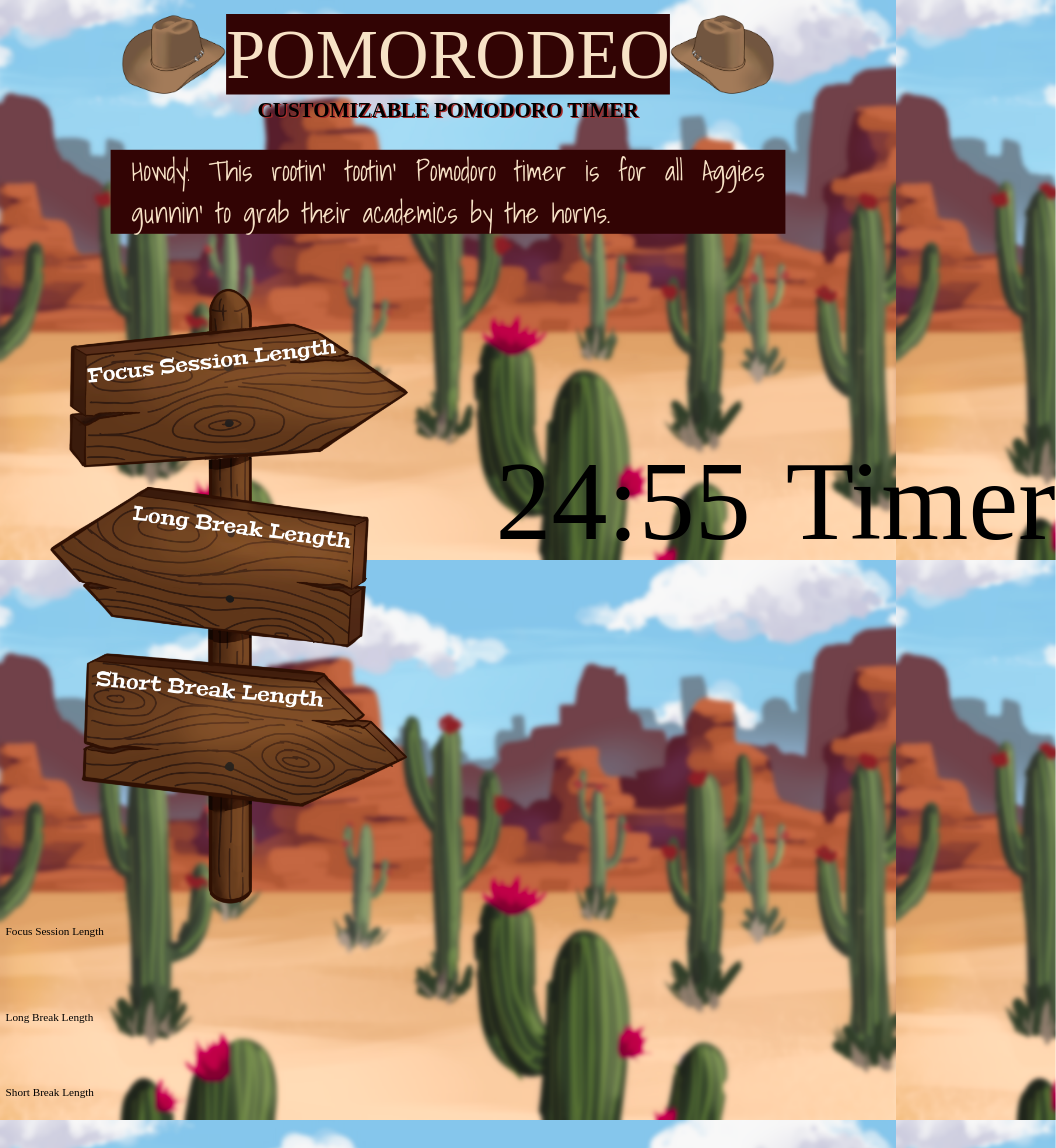
Repository: riya10483/pomodoro
Page: pomorodeo.html
An editor plug-in stored every save of this project. The page is shown before and after the next save, followed by the edit.
The browser window is 1280 px wide. The page is 1508 px wide, then 1280 px, so the pictures cover 1508 px, including what lies to the right of the window. The pictures show the part of the page from y = 0 to 1640 px (the page is 2160 px tall before and 2415 px after), at 70% of full size.
Backgrounds fixed to the window are drawn as part of the page. Some web fonts or font styles are not loaded; a fallback is used.

Above is the page before, as saved 2024-09-29 04:42:30.
Console error: SyntaxError: Identifier 'startTiming' has already been declared

### pomorodeo.html
<!DOCTYPE html>
<html lang="en">

<head>
    <meta charset="UTF-8">
    <style>
        @import url('https://fonts.googleapis.com/css2?family=Rye&display=swap');
    </style>
    <style>
        @import url('https://fonts.googleapis.com/css2?family=Shadows+Into+Light&display=swap');
    </style>
    <style>
        @import url('https://fonts.googleapis.com/css2?family=Peralta&family=Rye&display=swap');
    </style>
    <link id="style" rel="stylesheet" href="pomorodeo.css">
    <meta name="viewport" content="width=device-width, initial-scale=1.0">
    <title>Pomorodeo</title>
</head>


<body>
    <div class="header">
        <img src="cowboyhat.png" id="cowboy-hat" alt="Cowboy Hat" width="150px">
        <h1 class="title">POMORODEO</h1>
        <img src="cowboyhat.png" id="cowboy-hat-2" alt="Cowboy Hat" width="150px">
    </div>

    <h2 class="heading">CUSTOMIZABLE POMODORO TIMER</h2>
    <p class="paragraph">Howdy! This rootin' tootin' Pomodoro timer is for all
        Aggies gunnin' to grab their academics by the horns.
    </p>

    <div class="image-and-text">
        <img src="wood.png" id="wooden-sign" alt="Wild West Sign" width="650px">
        <p id="timer">Time</p>
        <p id="timer" class="timer_border">Timer</p>
    </div>

    <div class="sign-labels">
        <p class="focus-session">Focus Session Length<br><br><br><br><br><br></p>
        <p class="long-break">Long Break Length<br><br><br><br><br></p>
        <p class="short-break">Short Break Length</p>
    </div>

<div id="todo">TO-DO LIST</div>
    <ul id="checklist">
        <li><input type="checkbox" id="item1"><label for="item1">Win hackathon</label></li>
        <li><input type="checkbox" id="item2"><label for="item2">Be awesome</label></li>
        <li><input type="checkbox" id="item3"><label for="item3">Add more items to the list</label></li>
    </ul>

    <input type="text" id="newItemText" placeholder="Enter new item">
    <button onclick="addItem()">Add Item</button>

    <script src="functions.js"></script>

</body>
<script src="functions.js"></script>


</html>

### pomorodeo.css
/* {
    background-color:burlywood;
    border: 0px;
    margin: 0px;
    font-family: "Shadows Into Light";
    font-size: 30px;
}*/
#todo {
    color:rgb(247, 226, 198);
    padding: 10px;
    background-color:rgb(50, 4, 4);
    text-align: center;
    font-family: Rye;
    font-size: 70px;
    border: 0px;
    margin: 200px 0px 10px;
}

li {
    font-size: 30px;
    font-family: "Shadows Into Light";
    list-style: none;
}

input {
    width: 30px;
    height: 30px;
    margin: 15px 30px;
}

/* Hide the default checkbox */
input[type="checkbox"] {
    display: none;
}

/* Create a custom checkbox appearance */
input[type="checkbox"] + label:before {
    content: '';
    display: inline-block;
    width: 20px;
    height: 20px;
    margin-right: 10px;
    border: 2px solid #000;
    border-radius: 3px;
    background-color: white;
    vertical-align: middle;
}

/* Change appearance when checkbox is checked */
input[type="checkbox"]:checked + label:before {
    background-color: rgb(50, 4, 4);
    border-color: rgb(50, 4, 4);
    content: '✓';
    color: rgb(247, 226, 198);
    text-align: center;
    font-size: 18px;
    line-height: 20px;
}

/* Strike-through on label text when checkbox is checked */
input[type="checkbox"]:checked + label {
    text-decoration: line-through;
    color: rgb(176, 141, 94);
}

#newItemText {
    width: 50%;
    font-size: 20px;
    margin-left: 75px;
    color: rgb(50, 4, 4);
}

button {
    background-color: rgb(50, 4, 4);
    color: rgb(247, 226, 198);
    padding: 10px 20px;
    border-radius: 8px;
    font-size: 20px;
    margin: 30px;
}

.header {
    display: flex;
    align-items: center;
    justify-content: center;
    margin-top: 20px;

}

#cowboy-hat {
    -webkit-transform: scaleX(-1);
    -moz-transform: scaleX(-1);
    -o-transform: scaleX(-1);
    transform: scaleX(-1);
}

.title {
    font-family: "Rye", serif;
    font-size: 100px;
    font-weight: 400;
    font-style: normal;
    text-align: center;
    padding-top: 0;
    padding-bottom: 0px;
    margin-top: 0px;
    margin-bottom: 0px;
    background-color:rgb(50, 4, 4);
    color: rgb(247, 226, 198);
}

.heading {
    font-family: "Peralta", serif;
    font-size: 30px;
    margin-top: 5px;
    text-align: center;
    text-shadow: 2px 2px brown;
}

.paragraph {
    font-family: "Shadows Into Light", serif;
    font-size: 40px;
    text-align: justify;
    color:rgb(247, 226, 198);
    padding-left: 30px;
    padding-right: 30px;
    line-height: 1.5;
    background-color: rgb(50, 4, 4);
    margin-left: 150px;
    margin-right: 150px;
}

.timer_border{
  width: 320px;
  height: 50px;
  /*padding: 10px;*/
  /*border: 5px solid gray;*/
  margin: 0;
}

#timerTitle{
    font-size: 50px;
    font-family: Rye;
    font-weight: normal;
}

#timer {
    font-size: 10em;
    font-family: Rye;
    text-align: center;
    margin-left: 50px;
    margin-top: 250px;
}

.image-and-text {
    display: flex;
    align-items: left;
    margin-bottom: 0;
}

body{
    background-image: url(blurbackground.png);
    background-repeat: no-repeat;
    background-position: center;
    background-attachment: fixed;
    background-size: cover;
}

.control-buttons {
    margin-left: 800px;
    margin-top: -200px;
    margin-bottom: 300px;
    justify-content: space-evenly;
}

.control-buttons button {
    font-family: "Peralta", serif;
    font-weight: 400;
    font-style: normal;
    font-size: 30px;
}

### functions.js

// setInterval(function () {
//     seconds -= 1
//     let timerElement = document.getElementById("timer")
//     timerElement.innerHTML = seconds

// }, 1000);

const startTiming = 25
let time = startTiming * 60

const count = document.getElementById("timer")

setInterval(updateTimer, 1000)
function updateTimer(){
    const minutes = Math.floor(time/60)
    let seconds = time % 60

    //condition ? do this : do that
    seconds  = seconds < 10 ?  '0' + seconds : seconds
    count.innerHTML = `${minutes}:${seconds}`
    time--
}

updateTimer()

let itemCount = 3;

function addItem() {
    const itemText = document.getElementById('newItemText').value;
    if (itemText.trim() !== "") {
        itemCount++;

        // Create a new list item
        const newListItem = document.createElement('li');

        // Create a new checkbox input
        const newCheckbox = document.createElement('input');
        newCheckbox.type = 'checkbox';
        newCheckbox.id = 'item' + itemCount;

        // Create a label for the checkbox
        const newLabel = document.createElement('label');
        newLabel.setAttribute('for', newCheckbox.id);
        newLabel.textContent = itemText;

        // Append checkbox and label to the list item
        newListItem.appendChild(newCheckbox);
        newListItem.appendChild(newLabel);

        // Append the new list item to the checklist
        document.getElementById('checklist').appendChild(newListItem);

        // Clear the input field after adding the item
        document.getElementById('newItemText').value = "";
    } else {
        alert("Please enter a valid item.");
    }
}

After the next save:
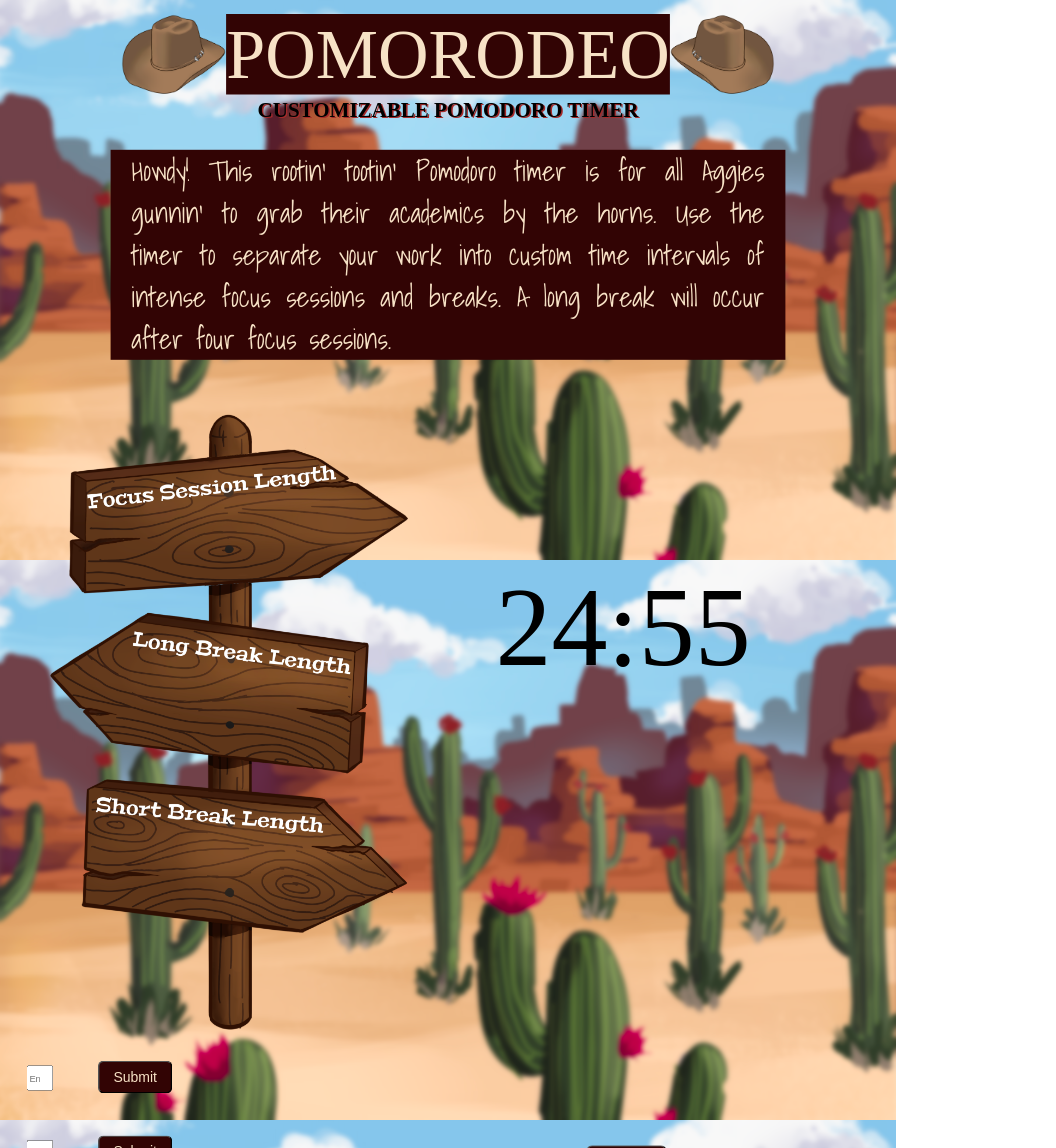
Saved 8 min 2 s later.
--- a/pomorodeo.html
+++ b/pomorodeo.html
@@ -27,19 +27,33 @@
 
     <h2 class="heading">CUSTOMIZABLE POMODORO TIMER</h2>
     <p class="paragraph">Howdy! This rootin' tootin' Pomodoro timer is for all
-        Aggies gunnin' to grab their academics by the horns.
+        Aggies gunnin' to grab their academics by the horns. Use the timer to separate your work into
+        custom time intervals of intense focus sessions and breaks. A long break will occur after four
+        focus sessions.
     </p>
 
     <div class="image-and-text">
         <img src="wood.png" id="wooden-sign" alt="Wild West Sign" width="650px">
-        <p id="timer">Time</p>
-        <p id="timer" class="timer_border">Timer</p>
+        <div class="top-align">
+            <p id="timer" class="timer_border">Timer</p>
+        </div>
     </div>
 
-    <div class="sign-labels">
-        <p class="focus-session">Focus Session Length<br><br><br><br><br><br></p>
-        <p class="long-break">Long Break Length<br><br><br><br><br></p>
-        <p class="short-break">Short Break Length</p>
+    <div class="sign-labels"></div>
+        <input type="number" id="time1" placeholder="Enter time"></input>
+        <button id="submit1" onclick="chooseTime()">Submit</button>
+        <br>
+        <input type="number" id="time2" placeholder="Enter time" onclick="chooseTime()"></input>
+        <button id="submit2" onclick="chooseTime()">Submit</button>
+        <br>
+        <input type="number" id="time3" placeholder="Enter time" onclick="chooseTime()"></input>
+        <button id="submit3" onclick="chooseTime()">Submit</button>
+    </div>
+
+    <div class="control-buttons">
+        <button onclick="pause()">
+              Pause
+          </button>
     </div>
 
 <div id="todo">TO-DO LIST</div>
